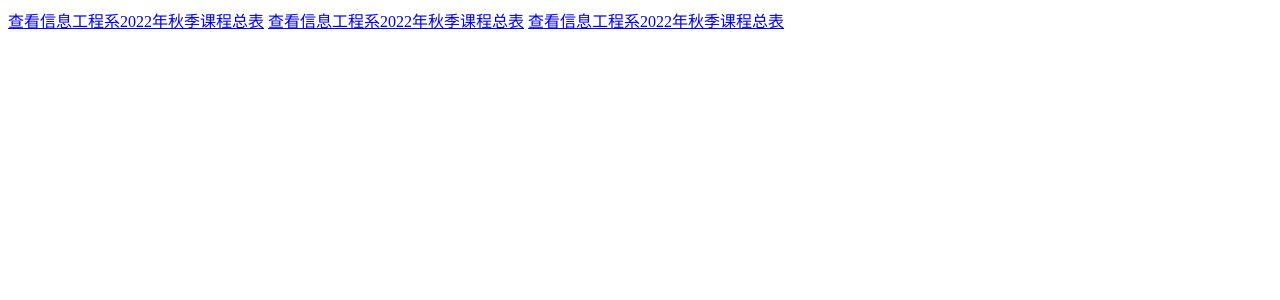
Repository: teacherlonglong/teacherlonglong.github.io
Page: index.html
An editor plug-in stored every save of this project. The page is shown before and after the next save, followed by the edit.
The browser window is 1280 px wide. The pictures show the whole page.

Above is the page before, as saved 2022-09-13 17:00:47.

### index.html
<html>

<head>
    <title>欢迎</title>
</head>

<body>
    <a href="./信息工程系2022年秋季课程总表.htm">查看信息工程系2022年秋季课程总表</a>
    <a href="./作息时间表.htm">查看信息工程系2022年秋季课程总表</a>
    <a href="./教室分布图.htm">查看信息工程系2022年秋季课程总表</a>
</body>

</html>

After the next save:
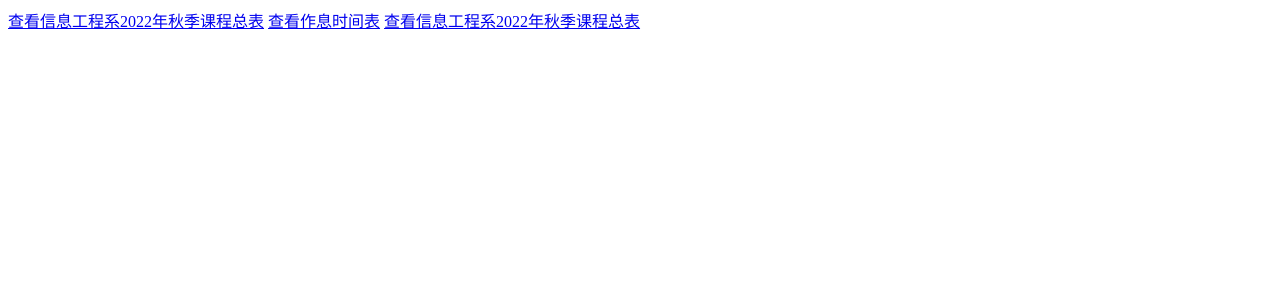
Saved 4 s later.
--- a/index.html
+++ b/index.html
@@ -6,7 +6,7 @@
 
 <body>
     <a href="./信息工程系2022年秋季课程总表.htm">查看信息工程系2022年秋季课程总表</a>
-    <a href="./作息时间表.htm">查看信息工程系2022年秋季课程总表</a>
+    <a href="./作息时间表.htm">查看作息时间表</a>
     <a href="./教室分布图.htm">查看信息工程系2022年秋季课程总表</a>
 </body>
 
